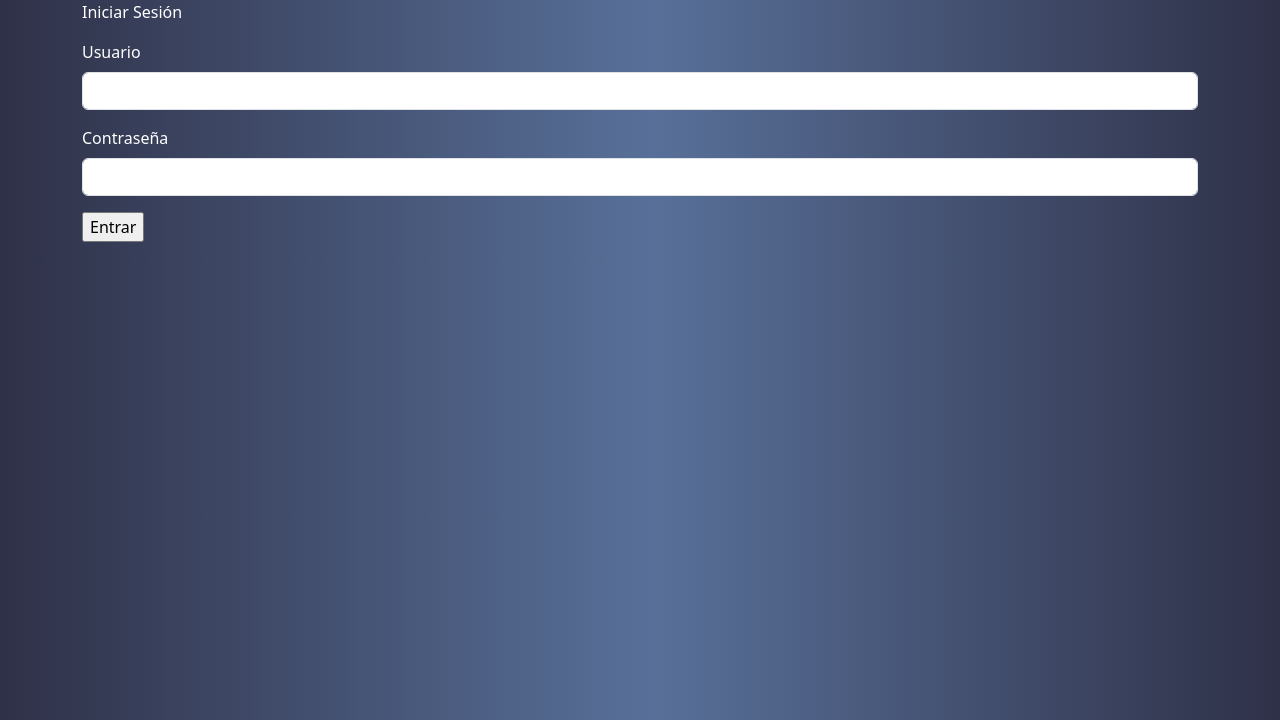
Repository: ingandresmolero/AdministrativoBarber
Page: http://localhost/
The author's editor kept a copy of each file at every save. The page is drawn from the files as they stood at one save, then again after the next save.
The browser window is 1280 px wide. The pictures show the whole page.
The page is run by PHP 8.4 with error messages shown; the project is at /var/www/html/. Style sheets and scripts are compiled from the project's sources, by tool versions that may differ from the author's.

Above is the page before, as saved 2023-04-25 21:36:37.

### NEW/index.php
<?php include('php/login.php'); ?>
<!DOCTYPE html>
<html lang="es">

<head>
    <meta charset="UTF-8">
    <meta http-equiv="X-UA-Compatible" content="IE=edge">
    <meta name="viewport" content="width=device-width, initial-scale=1.0">
    <link href="https://cdn.jsdelivr.net/npm/bootstrap@5.3.0-alpha3/dist/css/bootstrap.min.css" rel="stylesheet" integrity="sha384-KK94CHFLLe+nY2dmCWGMq91rCGa5gtU4mk92HdvYe+M/SXH301p5ILy+dN9+nJOZ" crossorigin="anonymous">
    <link rel="stylesheet" href="../css/styles.min.css">
    <title>System</title>
</head>

<body class="login-page">

    <section class="container">
        <div class="box">
            <p>Iniciar Sesión</p>
            <form action="" method="post">

                    <div class="mb-3 user">
                        <label for="exampleInputEmail1" class="form-label">Usuario</label>
                        <input type="text" class="form-control" name="usuario" id="exampleInputEmail1" aria-describedby="emailHelp">

                    </div>
                    <div class="mb-3 password">
                        <label for="exampleInputPassword1" class="form-label">Contraseña</label>
                        <input type="password" class="form-control" name="passw" id="exampleInputPassword1">
                    </div>

                    <p><input type="submit" name="login" value="Entrar"></p>
            </form>
        </div>
    </section>
    <script src="https://cdn.jsdelivr.net/npm/bootstrap@5.3.0-alpha3/dist/js/bootstrap.bundle.min.js" integrity="sha384-ENjdO4Dr2bkBIFxQpeoTz1HIcje39Wm4jDKdf19U8gI4ddQ3GYNS7NTKfAdVQSZe" crossorigin="anonymous"></script>
</body>

</html>

### NEW/php/login.php
<?php


  include("dbconn.php");
  session_start();
  if(isset($_POST["login"])){

    if($_POST["usuario"]== "" or $_POST["passw"]==""){
        echo "<center><h1>Usuario y contrasena no deben estar vacios</h1></center>";

}else{
    $username =$_POST["usuario"];
    $passw=$_POST["passw"];
    $query=$conn->prepare("SELECT * FROM usuarios WHERE user='$username' and passw='$passw'");
    $query -> execute();
    $control=$query ->fetch();

    if($control>0){
        $rol = $control['rol'];
        $_SESSION["username"]=$username;
        $_SESSION["rol"] =$rol;
        header("Location:views/dashboard.php");

    }
    echo "<center><h1>Algun dato incorrecto.</h1></center>";
  }

}
?>

### NEW/php/dbconn.php
<?php
try{
    $user = "root";
    $passw = "";
    $conn=new PDO("mysql:host=localhost;dbname=gestionsys",$user,$passw);

}catch(PDOException $e){
    print "Error!: " . $e->getMessage()."<br/>";
    die();
}


?>

### NEW/scss/styles.scss
@import 'components/header';
@import 'components/dashboard';
@import 'components/table-style';
@import 'components/buttons';
@import 'components/navigation';
@import 'components/fonts';
@import 'components/login-page';

### NEW/scss/components/header.scss
nav {
    .navbar-brand img {
        max-width: 50px;
        display: block;
    }
}

### NEW/scss/components/dashboard.scss
.elements {
    display: flex;
    margin: 3rem 0;
    justify-content: center;
    flex-direction: column;

    @media (min-width: 767px) {
        gap: 30px;
        flex-direction: row;
    }

    .card {
        .card-title {
            text-align: center;
        }
        .btn {
            display: block;
            width: max-content;
            margin: 0 auto;
        }

        @media only screen and (min-width: 768px) and (max-width: 979px) {
            text-align: center;
        }

        @media only screen and (max-width: 767px) {
            width: 85%;
            margin: 0 auto 30px;

            &:last-child {
                margin-bottom: initial;
            }
        }
    }
}

### NEW/scss/components/table-style.scss
@import "variables";

.table-responsive-sm {
    margin-bottom: 3rem;
}
.table-style {
    box-shadow: 0 0 20px rgba(0, 0, 0, 0.15);
    thead {
        background-color: $accentColor;
    }

    tr {
        color: #fff;
        line-height: 35px;
    }

    tr th {
        width: 22px;
        max-width: 95px;
        &:first-child {
            border-top-left-radius: 10px;
        }
        &:last-child {
            border-top-right-radius: 10px;
        }

        @media only screen and (max-width: 767px) {
            font-size: 14px;
            text-align: center;
        }
    }

    tbody {
        font-weight: bold;
        th {
            color: $accentColor;
            padding: 12px 10px;
        }

        tr {
            color: $primaryColor;
            &:hover {
                background-color: #f3f3f3;
                color: $accentColor;
                transition: .3s;
                th {
                    color: $accentColor;
                    transition: .3s;
                }
            }

            .action {
                padding: 12px 0;
            }
        }

        td {
            padding: 12px 10px;
            line-height: 22px;
            vertical-align: baseline;
            @media only screen and (max-width: 767px) {
                text-align: center;
                font-size: 14px;
            }
        }
    }
}

### NEW/scss/components/variables.scss
$primaryColor:#587099;
$lightenPrimary: lighten($primaryColor, 20%) !important;
$accentColor: #2F3148;

### NEW/scss/components/buttons.scss
@import "variables";
.table-btn {
    background-color: $accentColor;
    border-radius: 30px;
    border: 1px solid $accentColor;
    color: #fff;
    display: inline-block;
    line-height: initial;
    padding: 5px 20px;
    text-decoration: none;
    transition: .3s;
    font-weight: normal;
    &:hover,
    &:active {
        color: #fff;
        background-color: transparent;
        color: $accentColor;
    }

    @media only screen and (max-width: 767px) {
        padding: 5px 14px;
        font-size: 14px;
    }
}

.btn-style-1 {
    background-color: $accentColor;
    border: 1px solid $accentColor;
    color: #fff;
    display: inline-block;
    padding: 7px 21px;
    text-decoration: none;
    transition: .3s;
    margin-bottom: 12px;
    line-height: 22px;
    &:hover,
    &:active {
        border: 1px solid $accentColor;
        background-color: transparent;
        color: $accentColor;
    }
}

### NEW/scss/components/navigation.scss
@import "variables";

nav .pagination {
    margin-bottom: 2rem;
    @media (min-width: 768px) {
        display: inline-block !important;
        text-align: center;
        width: 100%;
    }
    @media only screen and (max-width: 767px) {
        justify-content: center;
    }
    & > li {
        white-space: nowrap;
        display: inline-block;
        margin: 0 5px;

        &.active a {
            background-color: $accentColor;
            color: #fff;
            pointer-events: none;
            opacity: 0.89;
        }
        &.disabled a {
            background-color: $accentColor;
            color: #fff;
            opacity: 0.89;
        }
        .page-link {
            color: $accentColor;
            padding: 4px 20px;
            border-radius: 30px !important;
            border: 2px solid $accentColor;
            border-color: $accentColor;
            transition: .3s;
            &:hover {
               background-color: $accentColor;
               color: #fff;
            }
        }
    }

    .pnum {
        @media only screen and (max-width: 767px) {
            display: none;
        }
    }
}

### NEW/scss/components/fonts.scss
@import "variables";

.page-heading {
    padding: 3rem 0 2rem;
    text-align: center;
    color: $accentColor;
}

### NEW/scss/components/login-page.scss
@import "variables";

body.login-page {
    background: rgb(47,49,72) !important;
    background: linear-gradient(90deg, rgba(47,49,72,1) 0%, rgba(88,112,153,1) 51%, rgba(47,49,72,1) 100%) !important;
    p,
    label {
        color: #fff;
    }
}

After the next save:
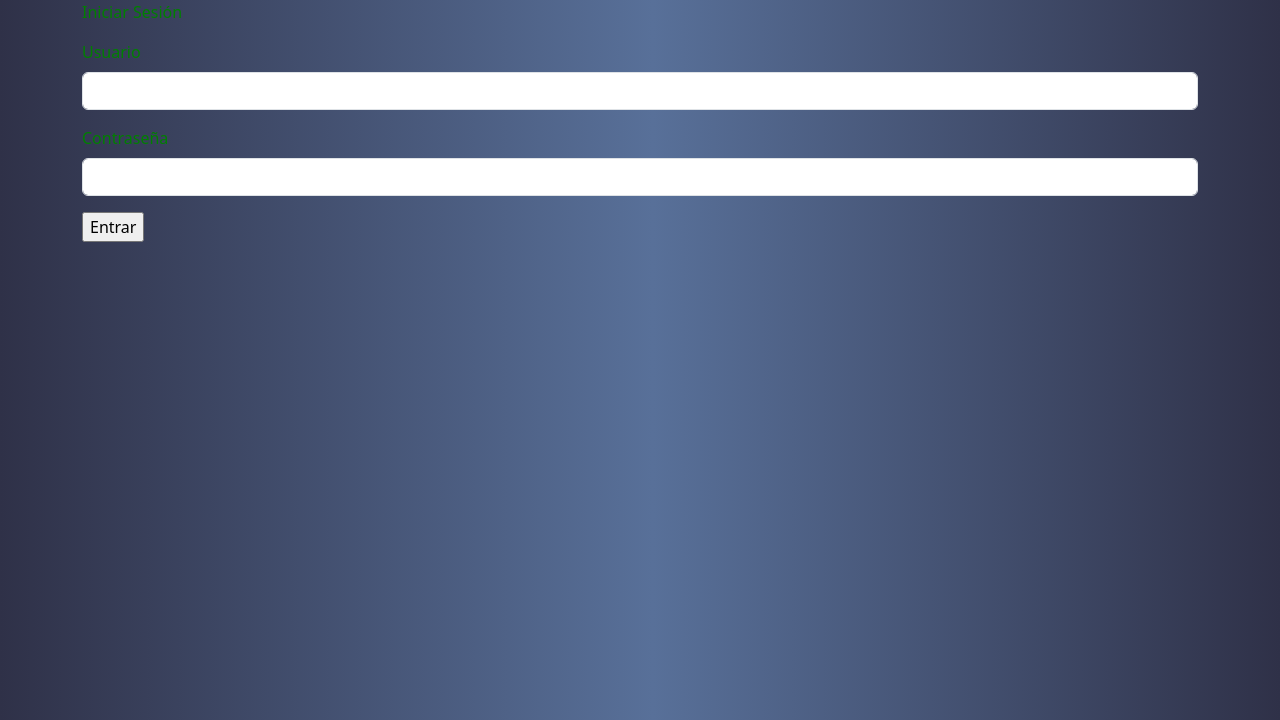
Saved 2 min 0 s later.
--- a/NEW/scss/components/login-page.scss
+++ b/NEW/scss/components/login-page.scss
@@ -3,8 +3,8 @@
 body.login-page {
     background: rgb(47,49,72) !important;
     background: linear-gradient(90deg, rgba(47,49,72,1) 0%, rgba(88,112,153,1) 51%, rgba(47,49,72,1) 100%) !important;
-    p,
-    label {
-        color: #fff;
-    }
 }
+
+.box {
+    color: green;
+}
